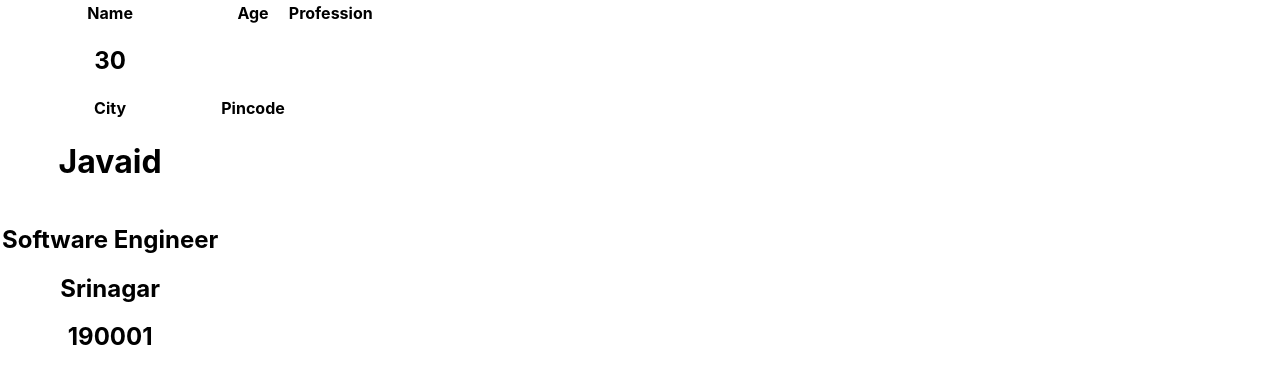
Repository: JavaidAhmadKhan/framer-motion-reacr
Page: /
An editor plug-in stored every save of this project. The page is shown before and after the next save, followed by the edit.
The browser window is 1280 px wide. The pictures show the whole page.
The project was rebuilt for these pictures with package versions that can differ from the ones it lists, and the page was loaded fresh each time.

Above is the page before, as saved 2022-05-19 17:29:52.

After the next save:
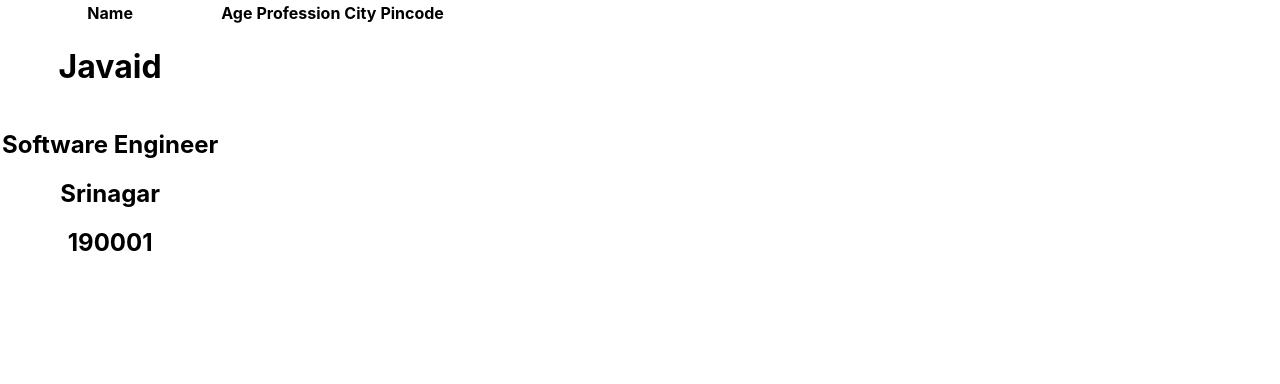
Saved 18 s later.
--- a/src/App.js
+++ b/src/App.js
@@ -25,9 +25,6 @@ class App extends Component {
           <th>Name</th>
           <th>Age</th>
           <th>Profession</th>
-          <tr>
-            <h2>{this.state.age}</h2>
-          </tr>
           <th>City</th>
           <th>Pincode</th>
           <tr>
